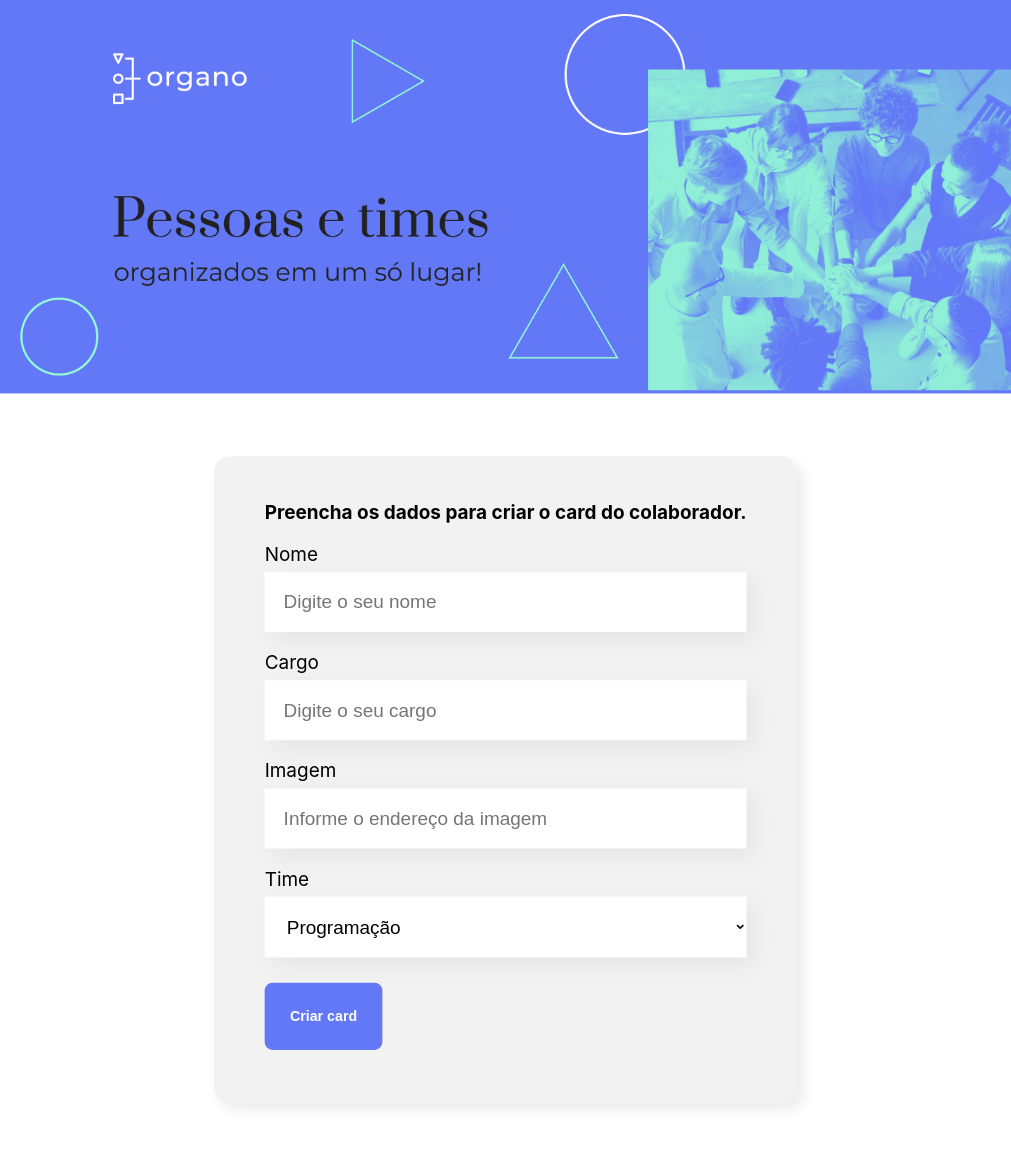
Repository: devMuriloOliveira/organo
Page: /
These files come from the project's save history. The page is drawn as it stood at one moment and after the next save; the edit follows.
The browser window is 1280 px wide. The pictures show the whole page, at 79% of full size.
The project was rebuilt for these pictures with package versions that can differ from the ones it lists, and the page was loaded fresh each time.

Above is the page before, as saved 2023-01-11 17:22:53.

### src/App.js

import Banner from './componentes/Banner/Banner'
import Formulario from './componentes/Formulario'


function App() {
  return (
    <div className="App">
      <Banner/>
      <Formulario/>


    </div>
  )
}

export default App

### src/componentes/Banner/Banner.js
import './Banner.css'

function Banner() {
  return (
    <header className="banner">
      <img src="/imagens/banner.png" alt="O banner principal da pagina Organo"/>
    </header>


    )

}

export default Banner

### src/componentes/Formulario/index.js
import Botao from '../Botao'
import CampoTexto from '../CampoTexto'
import ListaSuspensa from '../ListaSuspensa'
import './Formulario.css'

const Formulario = () =>{

    const times = [
      'Programação',
      'Front-End',
      'Data Science',
      'Devops',
      'UX e Design',
      'Mobile',
      'Inovação e Gestão'
    ]

  return(

    <section className='formulario'>
      <form>
        <h2>Preencha os dados para criar o card do colaborador.</h2>
      <CampoTexto label="Nome" placeholder="Digite o seu nome"/>
      <CampoTexto label="Cargo" placeholder="Digite o seu cargo"/>
      <CampoTexto label="Imagem" placeholder="Informe o endereço da imagem"/>
      <ListaSuspensa label="Time" itens={times}/>
      <Botao texto="Criar card"/>
      </form>
    </section>
  )
}

export default Formulario

### src/componentes/Banner/Banner.css
.banner {
  background-color: #6278F7;
  text-align: center;
}

.banner img {
  max-width: 100%;
}

### src/componentes/Botao/index.js
import './Botao.css'

const Botao = (props) =>{
  return(
      <button className='botao'>
        {props.texto}
      </button>
  )
}

export default Botao

### src/componentes/CampoTexto/index.js
import './CampoTexto.css'

const CampoTexto = (props) =>{

  return(
    <div className="campo-texto">
      <label>{props.label}</label>
      <input placeholder={props.placeholder}/>
    </div>
  )
}

export default CampoTexto

### src/componentes/ListaSuspensa/index.js
import './ListaSuspensa.css'

const ListaSuspensa = (props) => {
  return(
    <div className='lista-suspensa'>
        <label>{props.label}</label>
        <select>
          {props.itens.map(item => {
            return <option key={item}>{item}</option>
          })}
        </select>
    </div>
  )
}

export default ListaSuspensa

### src/componentes/Formulario/Formulario.css
.formulario {
  display: flex;
  justify-content: center;
  margin: 80px 0;
}

.formulario form {
  max-width: 80%;
  background-color: #f2f2f2;
  border-radius: 20px;
  padding: 36px 64px;
  box-shadow: 8px 8px 16px rgba(0, 0, 0, 0.08);
}

### src/componentes/Botao/Botao.css
.botao {
  background-color: #6278F7;
  border-radius: 10px;
  font-weight: 700;
  font-size: 18px;
  padding: 32px;
  border: none;
  cursor: pointer;
  color: #fff;
  margin: 32px 0;
}

.botao:hover {
  color: #95ffd4;
}

### src/componentes/CampoTexto/CampoTexto.css
.campo-texto {
  margin: 24px 0;
}

.campo-texto label {
  display: block;
  margin-bottom: 8px;
  font-size: 24px;
}

.campo-texto input {
  background-color: #fff;
  box-shadow: 10px 10px 30px rgba(0, 0, 0, 0.06);
  width: 100%;
  border: none;
  font-size: 24px;
  padding: 24px;
  box-sizing: border-box;
}

### src/componentes/ListaSuspensa/ListaSuspensa.css
.lista-suspensa label {
  display: block;
  margin-bottom: 8px;
  font-size: 24px;
}

.lista-suspensa select {
  background-color: #fff;
  box-shadow: 10px 10px 30px rgba(0, 0, 0, 0.06);
  width: 100%;
  border: none;
  font-size: 24px;
  padding: 24px;
  box-sizing: border-box;
}

Loaded but not shown: public/index.html (common file); src/index.js (common file); src/index.css (common file)

After the next save:
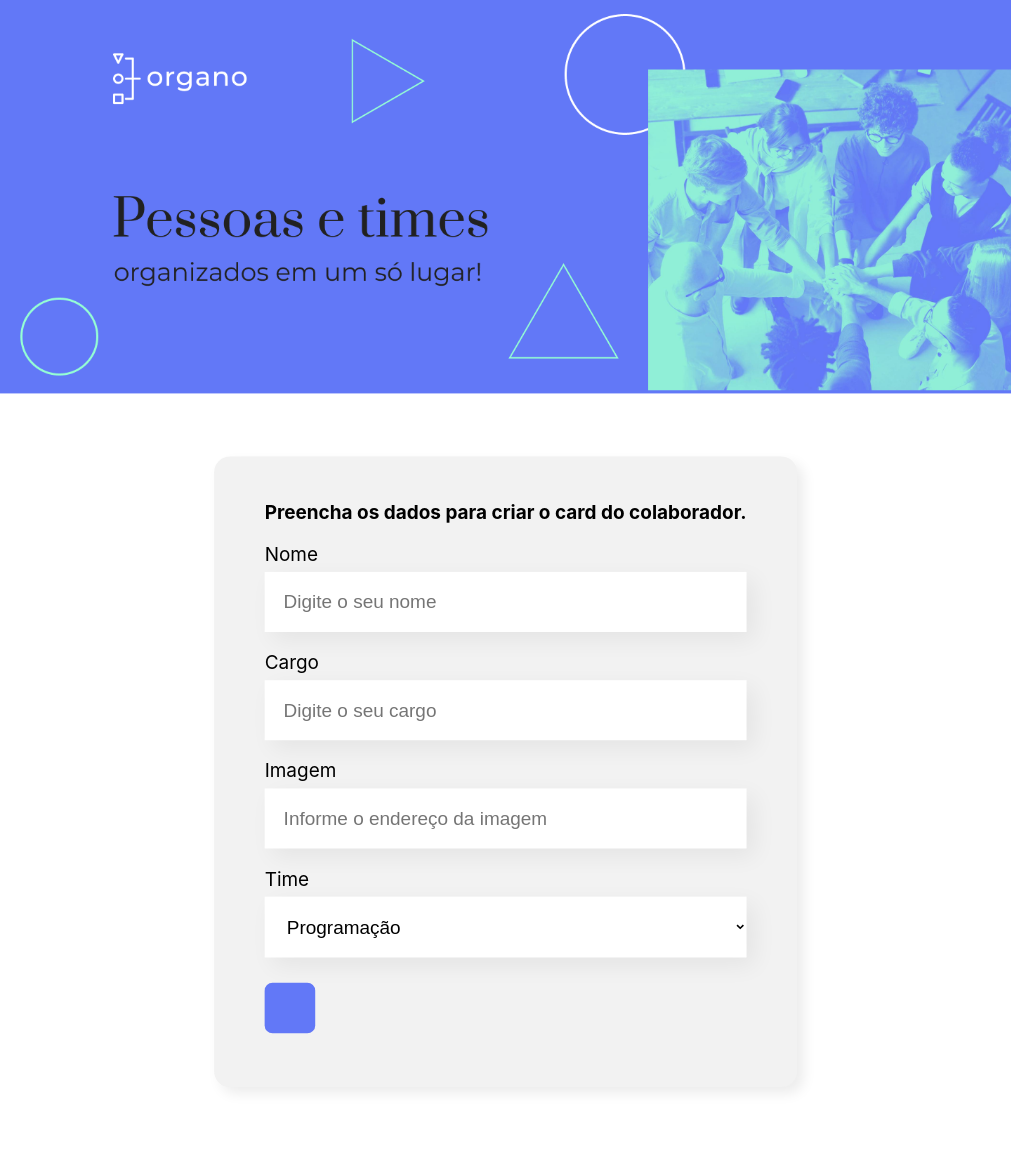
Saved 2 min 22 s later.
--- a/src/componentes/Botao/index.js
+++ b/src/componentes/Botao/index.js
@@ -3,7 +3,7 @@
 const Botao = (props) =>{
   return(
       <button className='botao'>
-        {props.texto}
+        {props.childre}
       </button>
   )
 }

After the 2 saves that followed:
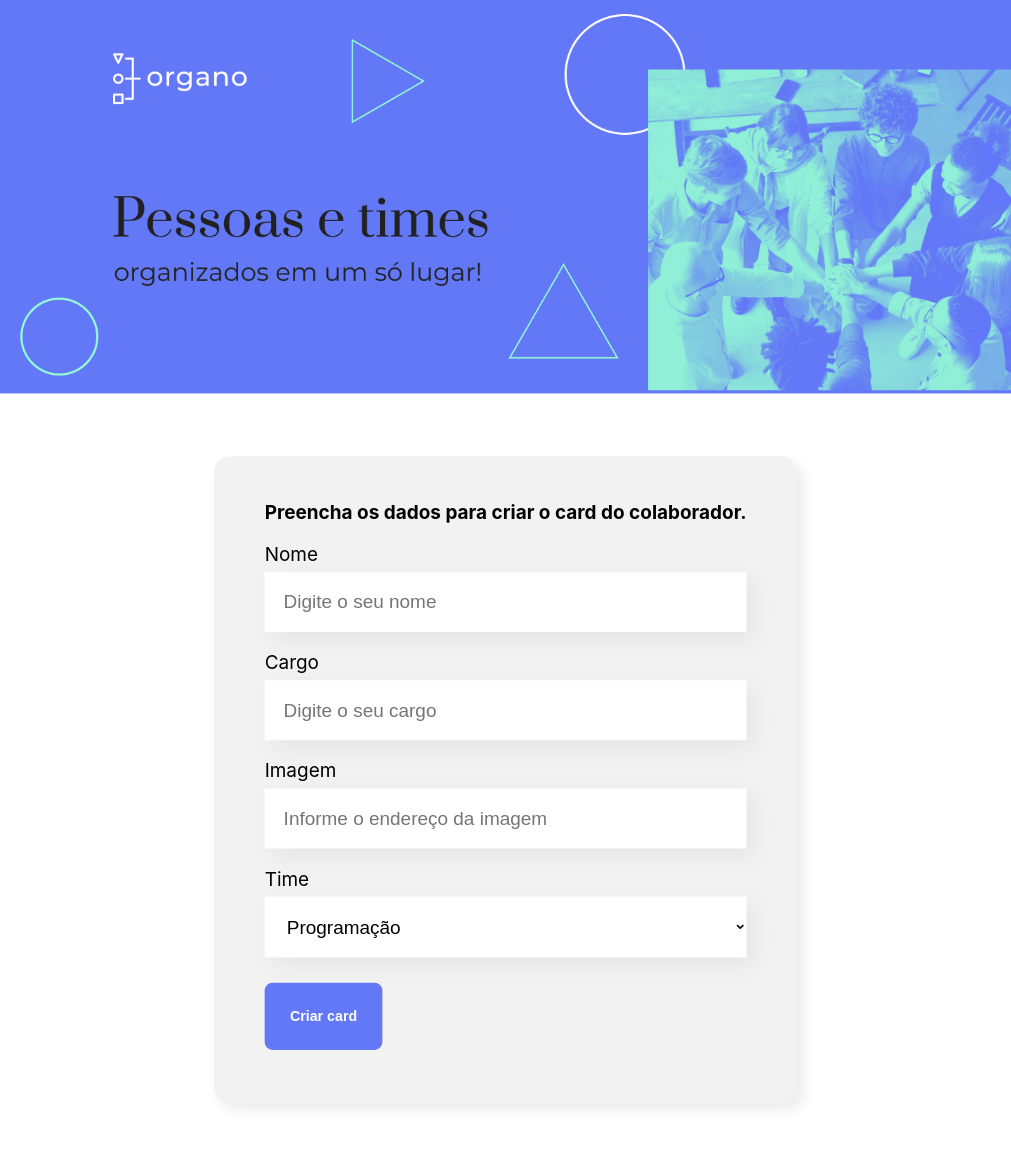
The 2 saves are shown as one change because 1 left the picture as it was.
The last was saved 66 s later.
--- a/src/componentes/Formulario/index.js
+++ b/src/componentes/Formulario/index.js
@@ -24,7 +24,9 @@
       <CampoTexto label="Cargo" placeholder="Digite o seu cargo"/>
       <CampoTexto label="Imagem" placeholder="Informe o endereço da imagem"/>
       <ListaSuspensa label="Time" itens={times}/>
-      <Botao texto="Criar card"/>
+      <Botao>
+        Criar card
+      </Botao>
       </form>
     </section>
   )
--- a/src/componentes/Botao/index.js
+++ b/src/componentes/Botao/index.js
@@ -3,7 +3,7 @@
 const Botao = (props) =>{
   return(
       <button className='botao'>
-        {props.childre}
+        {props.children}
       </button>
   )
 }
